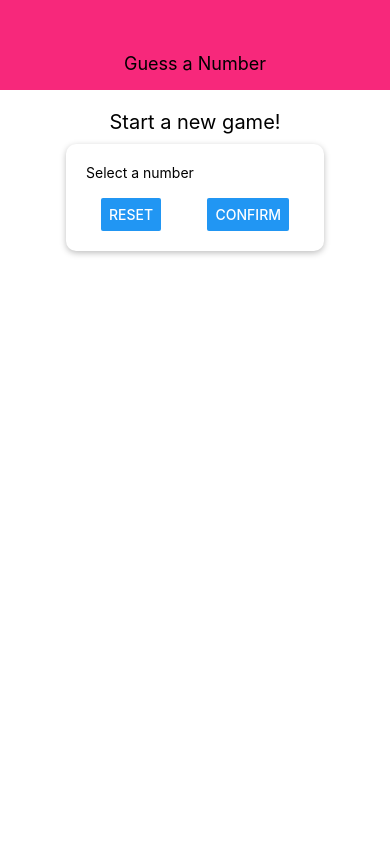
Repository: jes-wd/rn-num-guess
Screen: /
The author's editor kept a copy of each file at every save. The screen is drawn from the files as they stood at one save, then again after the next save.
The app was drawn by React Native's web renderer in a window 390 px wide. The project was rebuilt for these pictures with package versions that can differ from the ones it lists, and the page was loaded fresh each time.

Above is the screen before, as saved 2020-03-21 22:11:27.

### App.js
import React from 'react';
import { StyleSheet, View } from 'react-native';

import Header from './components/Header';
import StartGameScreen from './screens/StartGameScreen';

export default function App() {
  return (
    <View style={styles.screen}>
      <Header title="Guess a Number" />
      <StartGameScreen />
    </View>
  );
}

const styles = StyleSheet.create({
  screen: {
    flex: 1
  }
});

### components/Header.js
import React from 'react';
import { View, Text, StyleSheet } from 'react-native';

const Header = props => {
  return(
    <View style={styles.header}>
      <Text style={styles.headerTitle}>{props.title}</Text>
    </View>
  );
};

const styles = StyleSheet.create({
  header: {
    width: '100%',
    height: 90,
    paddingTop: 36,
    backgroundColor: '#f7287b',
    alignItems: 'center',
    justifyContent: 'center'
  },
  headerTitle: {
    color: 'black',
    fontSize: 18
  }
});

export default Header;

### screens/StartGameScreen.js
import React from 'react';
import { StyleSheet, View, Text, TextInput, Button } from 'react-native';

import Card from '../components/Card';

const StartGameScreen = props => {
  return (
    <View style={styles.screen}>
      <Text style={styles.title}>Start a new game!</Text>
      <Card>
        <Text>Select a number</Text>
        <TextInput />
        <View style={styles.buttonContainer}>
          <Button title="Reset" onPress={() => {}} />
          <Button title="Confirm" onPress={() => {}} />
        </View>
      </Card>
    </View>
  );
};

const styles = StyleSheet.create({
  screen: {
    flex: 1,
    padding: 10,
    alignItems: 'center'
  },
  title: {
    fontSize: 20,
    marginVertical: 10
  },
  buttonContainer: {
    flexDirection: 'row',
    width: '100%',
    justifyContent: 'space-between',
    paddingHorizontal: 15,

  }
});

export default StartGameScreen;

Loaded but not shown: components/Card.js (common file)

After the next save:
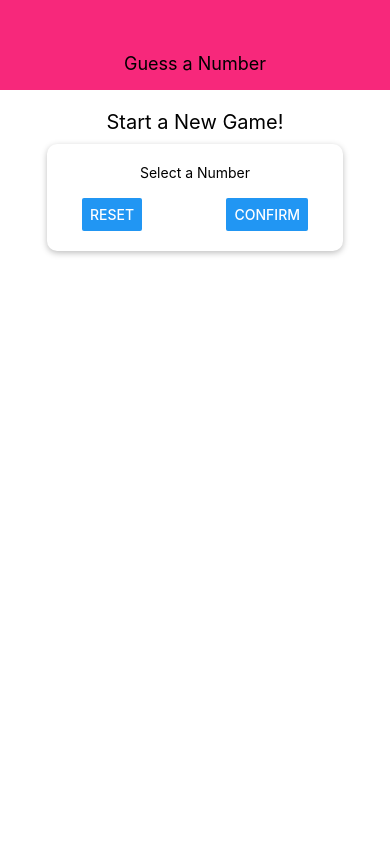
Saved 25 s later.
--- a/screens/StartGameScreen.js
+++ b/screens/StartGameScreen.js
@@ -1,14 +1,14 @@
 import React from 'react';
-import { StyleSheet, View, Text, TextInput, Button } from 'react-native';
+import { View, Text, StyleSheet, TextInput, Button } from 'react-native';
 
 import Card from '../components/Card';
 
 const StartGameScreen = props => {
   return (
     <View style={styles.screen}>
-      <Text style={styles.title}>Start a new game!</Text>
-      <Card>
-        <Text>Select a number</Text>
+      <Text style={styles.title}>Start a New Game!</Text>
+      <Card style={styles.inputContainer}>
+        <Text>Select a Number</Text>
         <TextInput />
         <View style={styles.buttonContainer}>
           <Button title="Reset" onPress={() => {}} />
@@ -29,12 +29,16 @@ const styles = StyleSheet.create({
     fontSize: 20,
     marginVertical: 10
   },
+  inputContainer: {
+    width: 300,
+    maxWidth: '80%',
+    alignItems: 'center'
+  },
   buttonContainer: {
     flexDirection: 'row',
     width: '100%',
     justifyContent: 'space-between',
-    paddingHorizontal: 15,
-
+    paddingHorizontal: 15
   }
 });
 
